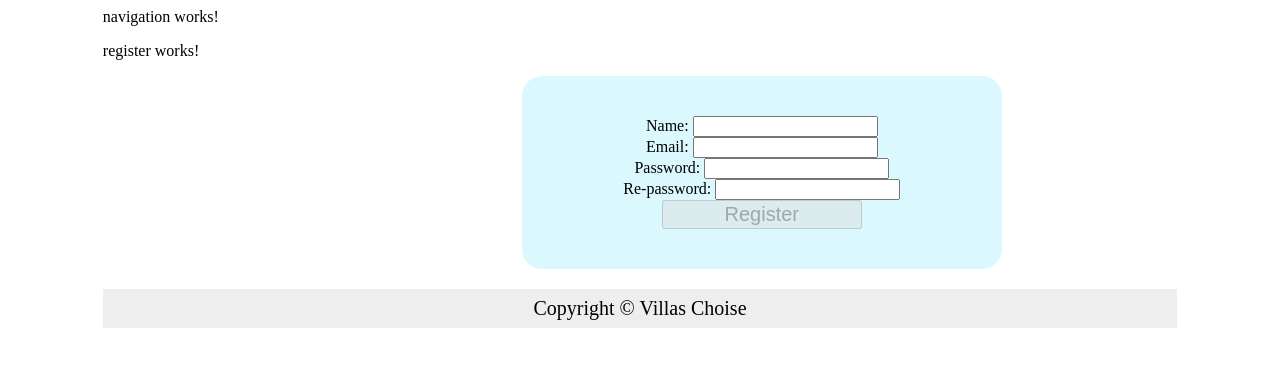
Repository: vsterev/angular-antiCovid-travel
Page: /register (app in covid-travel/)
These files come from the project's save history. The page is drawn as it stood at one moment and after the next save; the edit follows.
The browser window is 1280 px wide. The pictures show the whole page.
The project was rebuilt for these pictures with package versions that can differ from the ones it lists, and the page was loaded fresh each time. Also part of the build but not shown: covid-travel/angular.json, covid-travel/src/app/villas/details-reservation/details-reservation.component.ts, covid-travel/src/app/villas/villa-book/villa-book.component.ts, covid-travel/src/app/villas/villa-edit/villa-edit.component.ts, covid-travel/src/app/villas/villa.service.ts, covid-travel/src/app/villas/villa-detail/villa-detail.component.ts, covid-travel/src/app/villas/villa-add/villa-add.component.ts, covid-travel/src/app/user/login/login.component.ts and 5 more.

Above is the page before, as saved 2020-11-16 20:59:23.

After the next save:
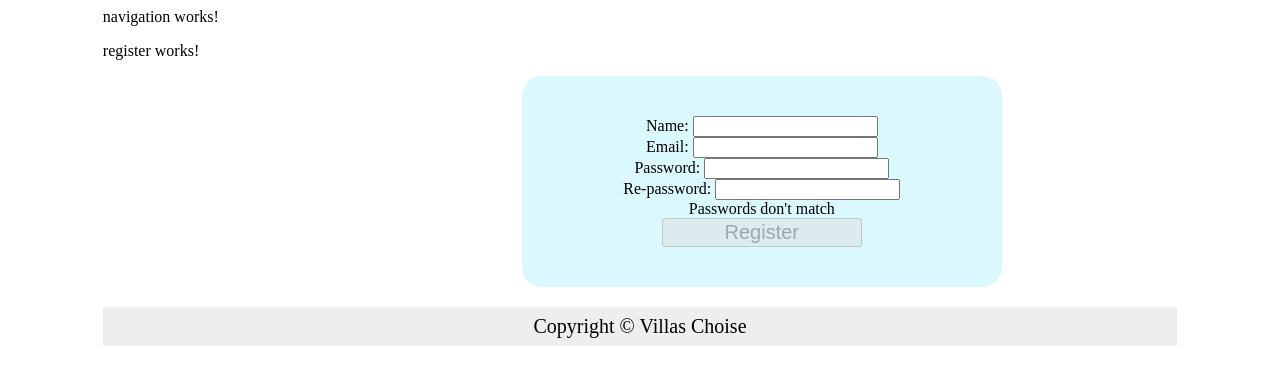
Saved 3 min 10 s later.
--- a/covid-travel/src/app/user/register/register.component.html
+++ b/covid-travel/src/app/user/register/register.component.html
@@ -23,6 +23,8 @@
   <div>
     <label for="rePassword">Re-password: </label>
     <input type="text" #rePasswordInput="ngModel" ngModel required id="rePassword" name="rePassword" minlength="5" />
+    <div *ngIf="rePasswordInput.errors?.required && rePasswordInput.touched">Please confirm your password</div>
+    <div *ngIf="rePasswordInput.errors !== passwordInput">Passwords don't match</div>
   </div>
   <button [disabled]="registerForm.invalid">Register</button>
   <div class="error" *ngIf="errMessage">{{ errMessage }}</div>

After the save that followed:
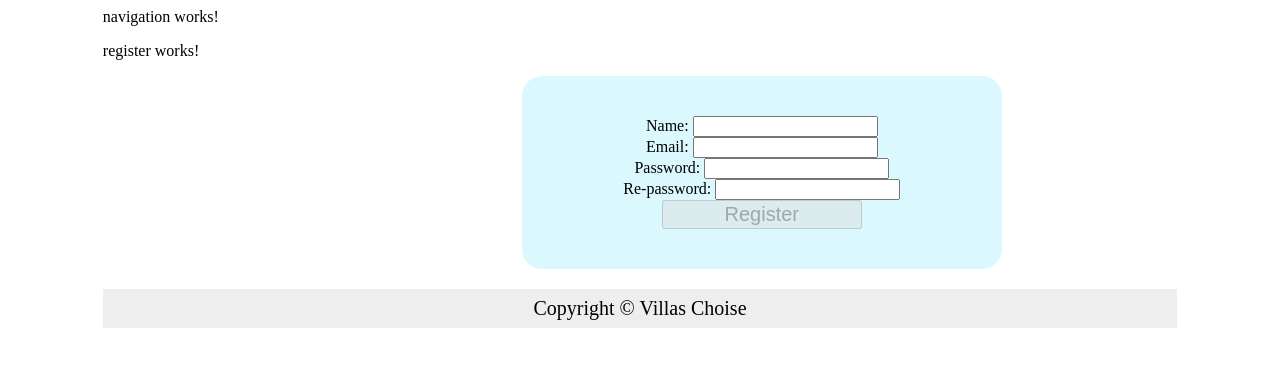
Saved 58 s later.
--- a/covid-travel/src/app/user/register/register.component.html
+++ b/covid-travel/src/app/user/register/register.component.html
@@ -24,7 +24,7 @@
     <label for="rePassword">Re-password: </label>
     <input type="text" #rePasswordInput="ngModel" ngModel required id="rePassword" name="rePassword" minlength="5" />
     <div *ngIf="rePasswordInput.errors?.required && rePasswordInput.touched">Please confirm your password</div>
-    <div *ngIf="rePasswordInput.errors !== passwordInput">Passwords don't match</div>
+    <div *ngIf="rePasswordInput.touched && rePasswordInput.errors !== passwordInput">Passwords don't match</div>
   </div>
   <button [disabled]="registerForm.invalid">Register</button>
   <div class="error" *ngIf="errMessage">{{ errMessage }}</div>
